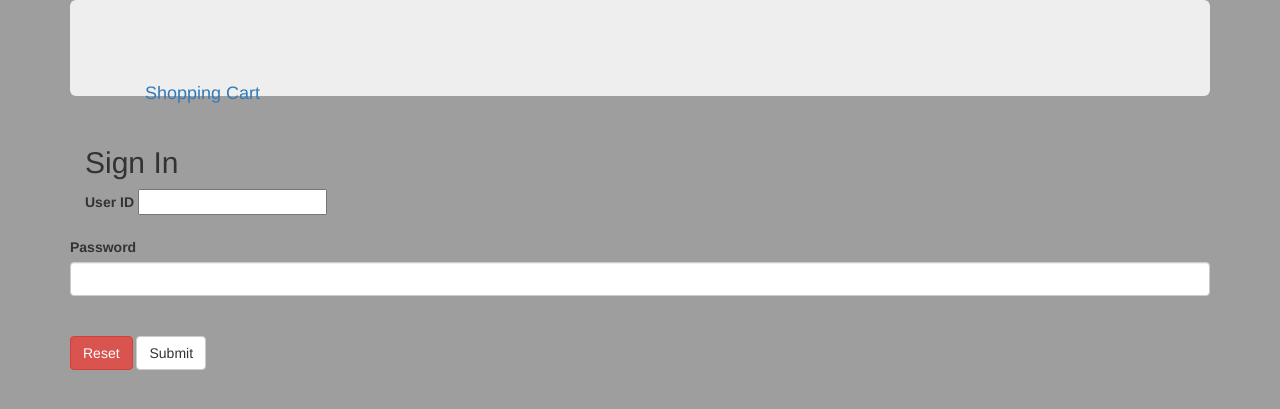
Repository: AravindMarshall/ShoppingCart
Page: http://localhost/Phineas/Login.jsp
The author's editor kept a copy of each file at every save. The page is drawn from the files as they stood at one save, then again after the next save.
The browser window is 1280 px wide. The pictures show the whole page.
The page is served by Tomcat 9.

Above is the page before, as saved 2016-06-09 20:20:40.

After the next save:
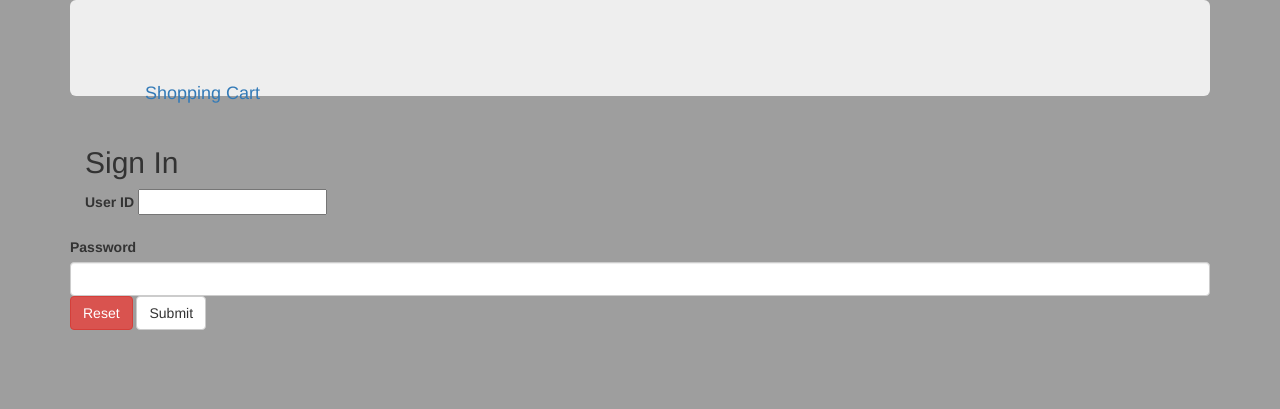
Saved 3 min 20 s later.
--- a/NIIT Shopping Cart/Phineas/WebContent/Login.jsp
+++ b/NIIT Shopping Cart/Phineas/WebContent/Login.jsp
@@ -30,7 +30,7 @@
 </div>
 <div class= "Login">
 <label for "Pass">Password</label>
-<input type = "password" class="form-control" Id = "pass"><br><br>
+<input type = "password" class="form-control" Id = "pass">
 </div>
 <button type="Reset" class="btn btn-danger">Reset</button>
 <button type="submit" class="btn btn-default">Submit</button>
